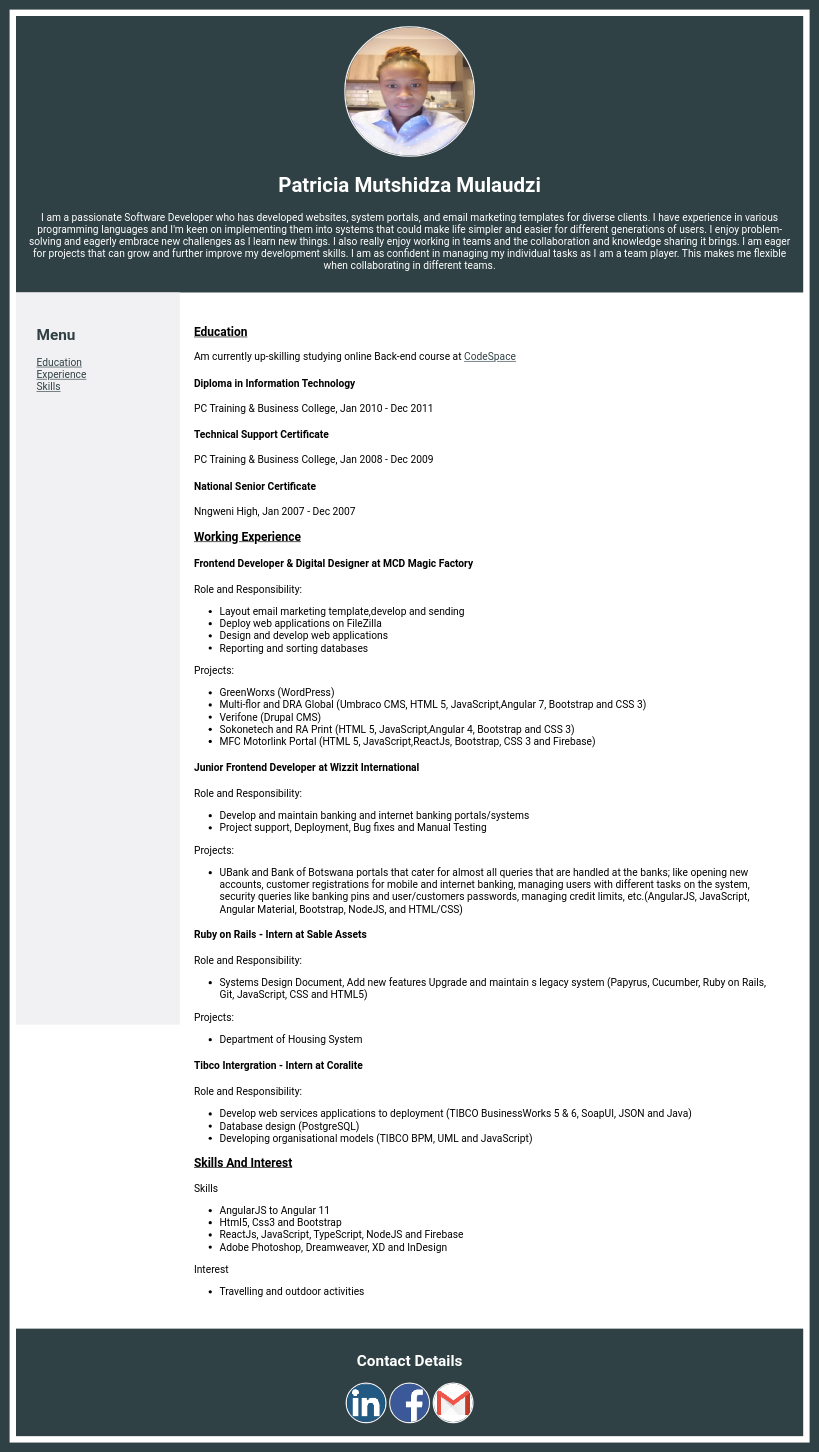
Repository: Patricious/Digital-Resume-01
Page: index.html
The author's editor kept a copy of each file at every save. The page is drawn from the files as they stood at one save, then again after the next save.
The browser window is 1280 px wide. The pictures show the whole page, at 64% of full size.

Above is the page before, as saved 2021-08-23 11:43:21.

### index.html
<!DOCTYPE html>
<html>

<head>
    <title>Patricia Digital Resume</title>
    <meta charset="utf-8">
    <meta name="viewport" content="width=device-width, initial-scale=1">
    <link rel="stylesheet" type="text/css" href="css/stylesheet.css">
</head>

<body scroll="yes">

    <header>
        <img src="img/IMG_20200502_085519.jpg" alt="profile" width="200" height="200" />
        <h1>Patricia Mutshidza Mulaudzi</h1>
        <p>I am a passionate Software Developer who has developed websites, system portals, and email marketing templates for diverse clients. I have experience in various programming languages and I'm keen on implementing them into systems that could make
            life simpler and easier for different generations of users. I enjoy problem-solving and eagerly embrace new challenges as I learn new things. I also really enjoy working in teams and the collaboration and knowledge sharing it brings. I am
            eager for projects that can grow and further improve my development skills. I am as confident in managing my individual tasks as I am a team player. This makes me flexible when collaborating in different teams.</p>
    </header>
    <section>
        <aside>
            <h2>Menu</h2>
            <ul class="nav">
                <li>
                    <a href="#education">Education</a>
                </li>
                <li>
                    <a href="#experience">Experience</a>
                </li>
                <li>
                    <a href="#skills">Skills</a>
                </li>

            </ul>
        </aside>

        <article>
            <h3 id="education"> <span>Education</span>
            </h3>
            <p> Am currently up-skilling studying online Back-end course at
                <a href="https://www.codespace.co.za/courses/?matchtype=b&device=c&keyword=codespace&adgroupid=81088003381&utm_campaign=8148639553&utm_source=google&utm_medium=cpc&gclid=EAIaIQobChMIkP_7q8bG8gIV1uvtCh0w7A1-EAAYASAAEgL34vD_BwE"> CodeSpace</a>
            </p>

            <h4>Diploma in Information Technology </h4>

            <p>PC Training & Business College, Jan 2010 - Dec 2011</p>
            <h4>Technical Support Certificate </h4>


            <p>PC Training & Business College, Jan 2008 - Dec 2009</p>

            <h4>National Senior Certificate</h4>


            <p>Nngweni High, Jan 2007 - Dec 2007</p>


            <h3 id="experience"> Working Experience</h3>
            <h4>Frontend Developer & Digital Designer at MCD Magic Factory
            </h4>
            <p>Role and Responsibility:</p>
            <ul>
                <li>Layout email marketing template,develop and sending</li>
                <li> Deploy web applications on FileZilla</li>
                <li>Design and develop web applications</li>
                <li>Reporting and sorting databases</li>
            </ul>
            <p>Projects:</p>
            <ul>
                <li>GreenWorxs (WordPress)</li>
                <li>Multi-flor and DRA Global (Umbraco CMS, HTML 5, JavaScript,Angular 7, Bootstrap and CSS 3)</li>
                <li>Verifone (Drupal CMS)</li>
                <li>Sokonetech and RA Print (HTML 5, JavaScript,Angular 4, Bootstrap and CSS 3)</li>
                <li>MFC Motorlink Portal (HTML 5, JavaScript,ReactJs, Bootstrap, CSS 3 and Firebase)</li>
            </ul>

            <h4>Junior Frontend Developer at Wizzit International
            </h4>
            <p>Role and Responsibility:</p>
            <ul>
                <li>Develop and maintain banking and internet banking portals/systems</li>
                <li>Project support, Deployment, Bug fixes and Manual Testing</li>

            </ul>
            <p>Projects:</p>
            <ul>
                <li>UBank and Bank of Botswana portals that cater for almost all queries that are handled at the banks; like opening new accounts, customer registrations for mobile and internet banking, managing users with different tasks on the system, security
                    queries like banking pins and user/customers passwords, managing credit limits, etc.(AngularJS, JavaScript, Angular Material, Bootstrap, NodeJS, and HTML/CSS)</li>
            </ul>

            <h4>Ruby on Rails - Intern at Sable Assets
            </h4>
            <p>Role and Responsibility:</p>
            <ul>
                <li>Systems Design Document, Add new features Upgrade and maintain s legacy system (Papyrus, Cucumber, Ruby on Rails, Git, JavaScript, CSS and HTML5)</li>

            </ul>
            <p>Projects:</p>
            <ul>
                <li>Department of Housing System</li>
            </ul>

            <h4>Tibco Intergration - Intern at Coralite
            </h4>
            <p>Role and Responsibility:</p>
            <ul>
                <li>Develop web services applications to deployment (TIBCO BusinessWorks 5 & 6, SoapUI, JSON and Java)
                </li>
                <li>Database design (PostgreSQL)</li>
                <li>Developing organisational models (TIBCO BPM, UML and JavaScript)</li>
            </ul>


            <h3 id="skills">Skills And Interest</h3>
            <p>Skills</p>
            <ul>
                <li>AngularJS to Angular 11</li>
                <li>Html5, Css3 and Bootstrap</li>
                <li>ReactJs, JavaScript, TypeScript, NodeJS and Firebase</li>
                <li>Adobe Photoshop, Dreamweaver, XD and InDesign</li>
            </ul>
            <p>Interest </p>
            <ul>
                <li>Travelling and outdoor activities</li>
            </ul>
        </article>
    </section>


    <footer>
        <h2>Contact Details</h2>
        <a href="https://www.linkedin.com/in/patricia-mulaudzi-93b526101/" target="_blank"><img src="img/in.png" alt="LinkedIN" class="circle"></a>
        <a href="https://www.facebook.com/patricia.mulaudzi.1/" target="_blank"><img src="img/fb.png" alt="Facebook" class="circle"></a>
        <a href="mailto:mulaudzi689@gmail.com"><img src="img/gm.png" alt="Gmail"></a>
    </footer>
</body>

</html>

### css/stylesheet.css
    body {
        font-family: 'Roboto', sans-serif;
        font-size: 100%;
        background-color: #ffffff;
        margin: 10px;
        overflow-y: scroll;
    }

    html {
        border: 15px solid #304145;
    }

    header {
        text-align: center;
        background-color: #304145;
        color: #ffffff;
        padding: 1em;
    }

    aside {
        background-color: #F1F1F3;
        color: #304145;
        width: 15%;
        padding: 2em;
        height: 150%;
        float: left;
        position: absolute;
        flex: 0 0 auto;
    }

    h3 {
        text-decoration: underline;
    }

    article {
        padding: 2em;
        margin-left: 20%;
    }

    img {
        border-radius: 100px;
        border: 2px solid #F1F1F3;
    }

    .circle {
        border-radius: 100px;
    }

    .nav {
        list-style-type: none;
        margin: 0;
        padding: 0;
    }

    a {
        color: #304145;
    }

    footer {
        background-color: #304145;
        text-align: center;
        color: #ffffff;
        padding: 1em;
    }

After the next save:
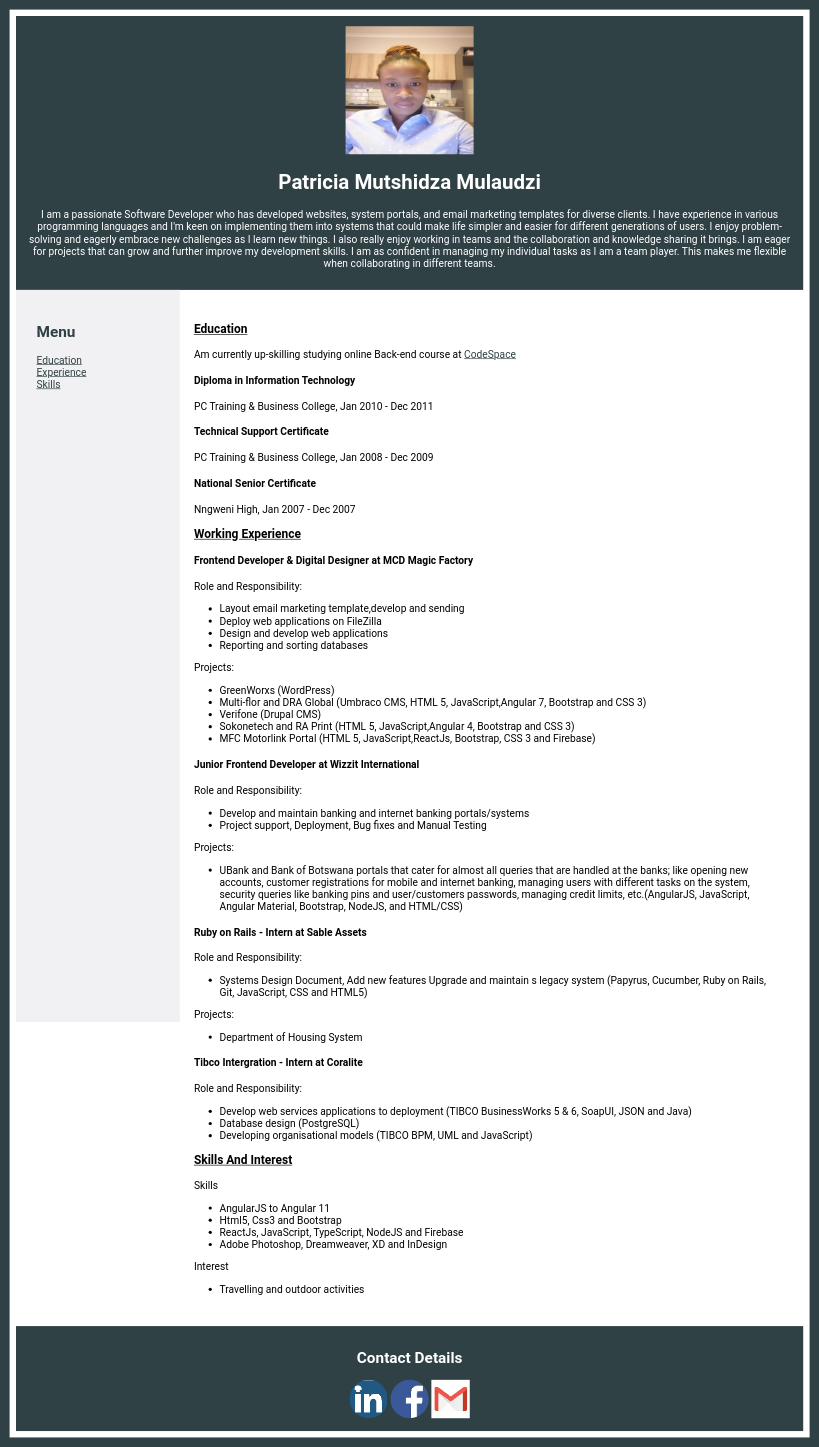
Saved 29 s later.
--- a/css/stylesheet.css
+++ b/css/stylesheet.css
@@ -37,7 +37,7 @@
         margin-left: 20%;
     }
 
-    img {
+    profile {
         border-radius: 100px;
         border: 2px solid #F1F1F3;
     }
